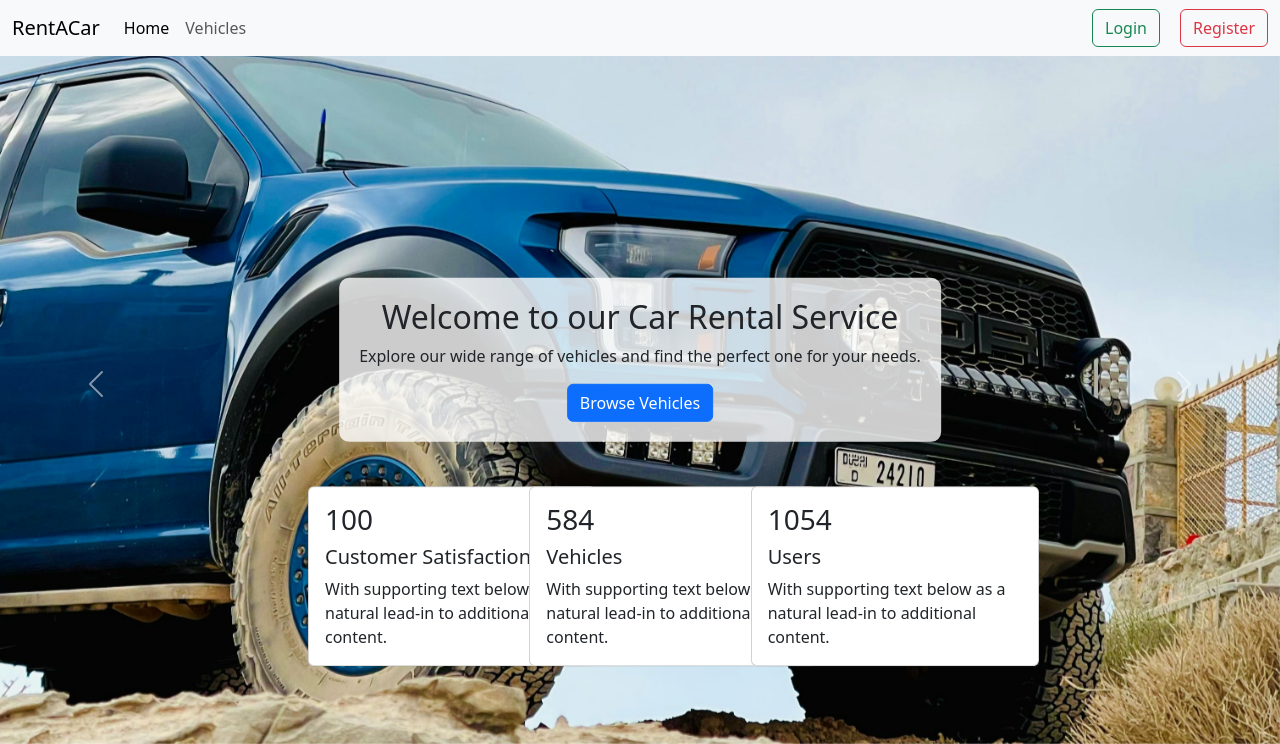
Repository: VimashaVishvani/VehicleRental
Page: http://localhost/Vehicle_rentalDb/
The author's editor kept a copy of each file at every save. The page is drawn from the files as they stood at one save, then again after the next save.
The browser window is 1280 px wide. The pictures show the whole page.
The page is served by Tomcat 9. Other server files are loaded and not shown.

Above is the page before, as saved 2024-05-12 13:21:25.

### Vehicle_rentalDb/src/main/webapp/index.jsp
<%@ page language="java" contentType="text/html; charset=ISO-8859-1"
    pageEncoding="ISO-8859-1"%>
<!DOCTYPE html>
<html>
<head>
  <link href="https://cdn.jsdelivr.net/npm/bootstrap@5.3.3/dist/css/bootstrap.min.css" rel="stylesheet" integrity="sha384-QWTKZyjpPEjISv5WaRU9OFeRpok6YctnYmDr5pNlyT2bRjXh0JMhjY6hW+ALEwIH" crossorigin="anonymous">
` <script src="https://cdn.jsdelivr.net/npm/bootstrap@5.3.3/dist/js/bootstrap.bundle.min.js" integrity="sha384-YvpcrYf0tY3lHB60NNkmXc5s9fDVZLESaAA55NDzOxhy9GkcIdslK1eN7N6jIeHz" crossorigin="anonymous"></script>
<meta charset="ISO-8859-1">
<title>Insert title</title>


<style>
body{
	overflow:hidden;
}
.courosalImages{
    height:100vh;
    object-fit:cover;
}
.overlay-content{
    position: absolute;
    top: 50%;
    left: 50%;
    transform: translate(-50%, -50%);
    z-index: 1000; /* Make sure this value is higher than the z-index of the carousel */
    background-color: rgba(255, 255, 255, 0.8); /* Add a background color with some transparency */
    padding: 20px;
    border-radius: 10px;
    text-align: center;
}
.carousel{
    z-index:1;
}
.row{
position: absolute;
    top: 80%;
    left: 50%;
    transform: translate(-50%, -50%);
    z-index: 1000;

}


</style>
</head>
<body  style="padding-top:0;">

<nav class="navbar navbar-expand-lg bg-body-tertiary" style="position: absolute; top: 0; width: 100%; background-color: rgba(0, 0, 0, 0.0); z-index: 100;">
  <div class="container-fluid">
    <a class="navbar-brand" href="#">RentACar</a>
    <button class="navbar-toggler" type="button" data-bs-toggle="collapse" data-bs-target="#navbarSupportedContent" aria-controls="navbarSupportedContent" aria-expanded="false" aria-label="Toggle navigation">
      <span class="navbar-toggler-icon"></span>
    </button>
    <div class="collapse navbar-collapse" id="navbarSupportedContent">
      <ul class="navbar-nav me-auto mb-2 mb-lg-0">
        <li class="nav-item">
          <a class="nav-link active" aria-current="page" href="#">Home</a>
        </li>
        <li class="nav-item">
          <a class="nav-link" href="#">Vehicles</a>
        </li>

      </ul>

      <a class="btn btn-outline-success" href="login.jsp" style="margin-right: 20px;">Login</a>

      <button class="btn btn-outline-danger">Register</button>
    </div>
  </div>
</nav>



<div id="carouselExample" class="carousel slide">
  <div class="carousel-inner">
    <div class="carousel-item active">
      <img src="images/landingPage/1.jpg" class="d-block w-100 courosalImages" alt="...">
    </div>
    <div class="carousel-item">
      <img src="images/landingPage/2.jpg" class="d-block w-100 courosalImages" alt="...">
    </div>
    <div class="carousel-item">
      <img src="images/landingPage/3.jpg" class="d-block w-100 courosalImages" alt="...">
    </div>
  </div>
  <button class="carousel-control-prev" type="button" data-bs-target="#carouselExample" data-bs-slide="prev">
    <span class="carousel-control-prev-icon" aria-hidden="true"></span>
    <span class="visually-hidden">Previous</span>
  </button>
  <button class="carousel-control-next" type="button" data-bs-target="#carouselExample" data-bs-slide="next">
    <span class="carousel-control-next-icon" aria-hidden="true"></span>
    <span class="visually-hidden">Next</span>
  </button>
</div>

<div class="overlay-content">
    <h2>Welcome to our Car Rental Service</h2>
    <p>Explore our wide range of vehicles and find the perfect one for your needs.</p>
    <a href="#" class="btn btn-primary">Browse Vehicles</a>
</div>

<div class="row">
	<div class="col-4">
	<div class="card" style="width: 18rem;">
  <div class="card-body">
  <h3>100</h3>
    <h5 class="card-title">Customer Satisfaction</h5>
    <p class="card-text">With supporting text below as a natural lead-in to additional content.</p>

  </div>
</div>
	</div>
	<div class="col-4">
	<div class="card" style="width: 18rem;">
  <div class="card-body">
  	<h3>584</h3>
    <h5 class="card-title">Vehicles</h5>
    <p class="card-text">With supporting text below as a natural lead-in to additional content.</p>

  </div>
</div>
	</div>
	<div class="col-4">
	<div class="card" style="width: 18rem;">
  <div class="card-body">
  <h3>1054</h3>
    <h5 class="card-title">Users</h5>
    <p class="card-text">With supporting text below as a natural lead-in to additional content.</p>

  </div>
</div>
	</div>

</div>




<script>
    // Function to animate number counting
    function animateValue(element, start, end, duration) {
        let range = end - start;
        let current = start;
        let increment = end > start ? 1 : -1;
        let stepTime = Math.abs(Math.floor(duration / range));
        let timer = setInterval(function () {
            current += increment;
            element.textContent = current;
            if (current == end) {
                clearInterval(timer);
            }
        }, stepTime);
    }

    // Get all h3 elements inside the cards
    let h3Elements = document.querySelectorAll('.card h3');

    // Loop through each h3 element and animate its value
    h3Elements.forEach(function (h3) {
        let startValue = 0; // Start value for counting animation
        let endValue = parseInt(h3.textContent); // Get the end value from the text content of the h3 element
        let duration = 3000; // Duration of the animation in milliseconds
        animateValue(h3, startValue, endValue, duration);
    });
</script>

</body>
</html>

After the next save:
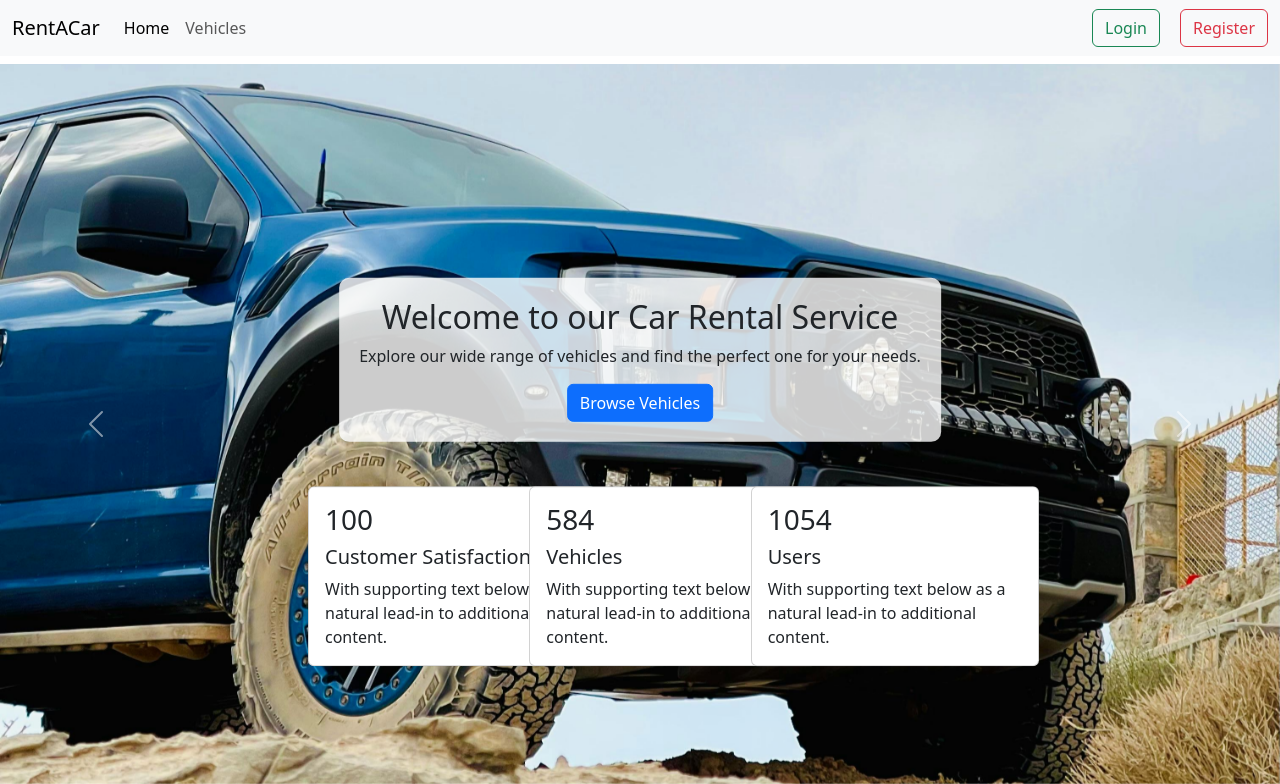
Saved 102 s later.
--- a/Vehicle_rentalDb/src/main/webapp/index.jsp
+++ b/Vehicle_rentalDb/src/main/webapp/index.jsp
@@ -68,7 +68,9 @@ position: absolute;
     </div>
   </div>
 </nav>
-
+<div class="hidden">
+<p>hi how are u</p>
+</div>
 
 
 <div id="carouselExample" class="carousel slide">
